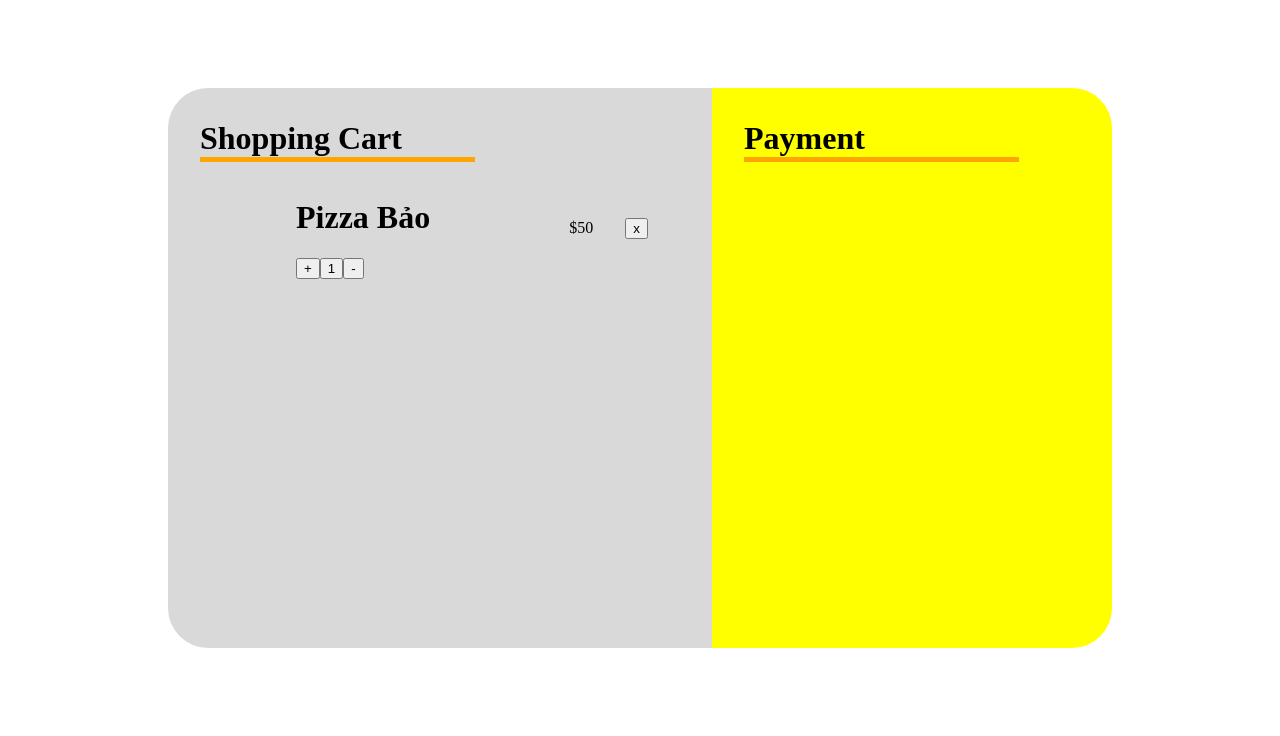
Repository: NDBaoFE/pizza-ordering-hiep
Page: /checkout
The author's editor kept a copy of each file at every save. The page is drawn from the files as they stood at one save, then again after a run of saves.
The browser window is 1280 px wide. The pictures show the whole page.
The project was rebuilt for these pictures with package versions that can differ from the ones it lists, and the page was loaded fresh each time.

Above is the page before, as saved 2022-08-27 22:09:20.

After the next 2 saves:
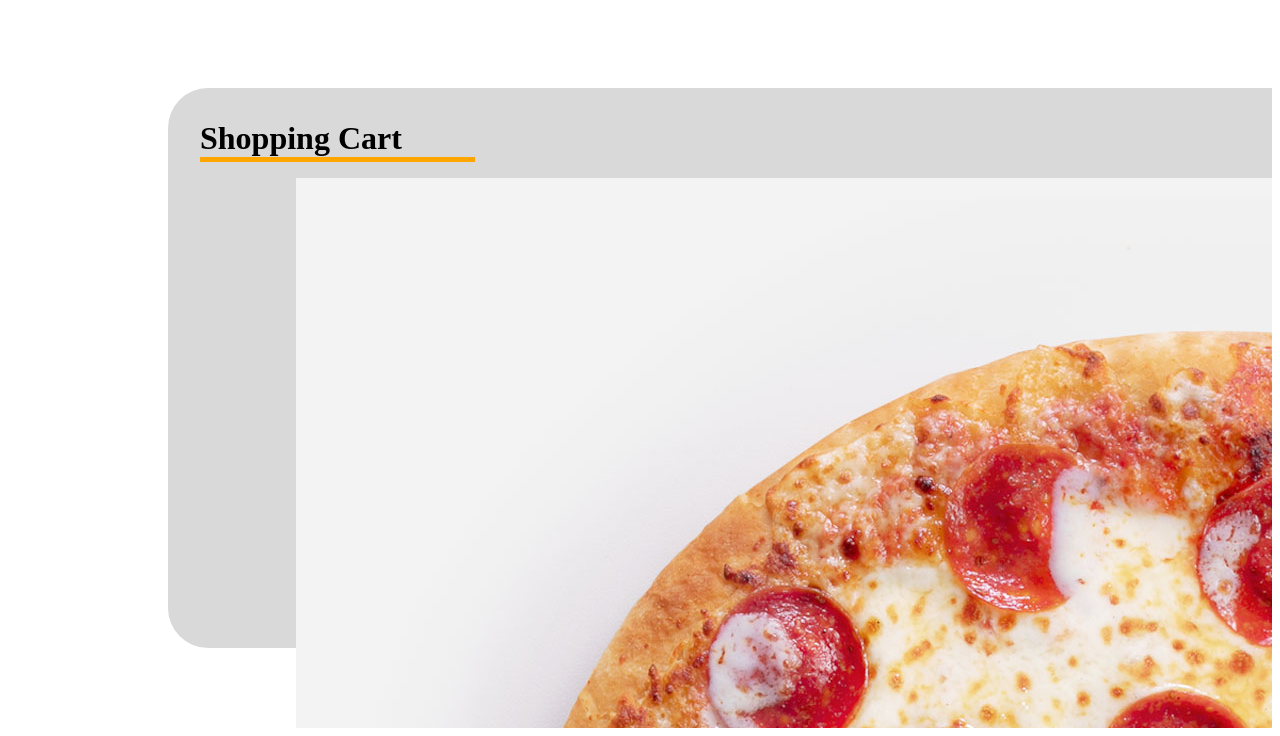
The 2 saves are shown as one change because 1 did not build or start.
The last was saved 2 min 49 s later.
--- a/src/pages/Checkout/index.jsx
+++ b/src/pages/Checkout/index.jsx
@@ -1,5 +1,6 @@
 import React from 'react'
 import * as Styled from './Checkout.styled'
+import pizza from '../../assets/pizza.jpg'
 
 const Checkout = (props) => {
   return (
@@ -8,7 +9,7 @@ const Checkout = (props) => {
         <Styled.Header>Shopping Cart</Styled.Header>
         <Styled.List>
           <Styled.Item>
-            <Styled.Image />
+            <Styled.Image src={pizza} />
             <Styled.Info>
               <Styled.PizzaName>Pizza Bảo</Styled.PizzaName>
               <div>

After the save that followed:
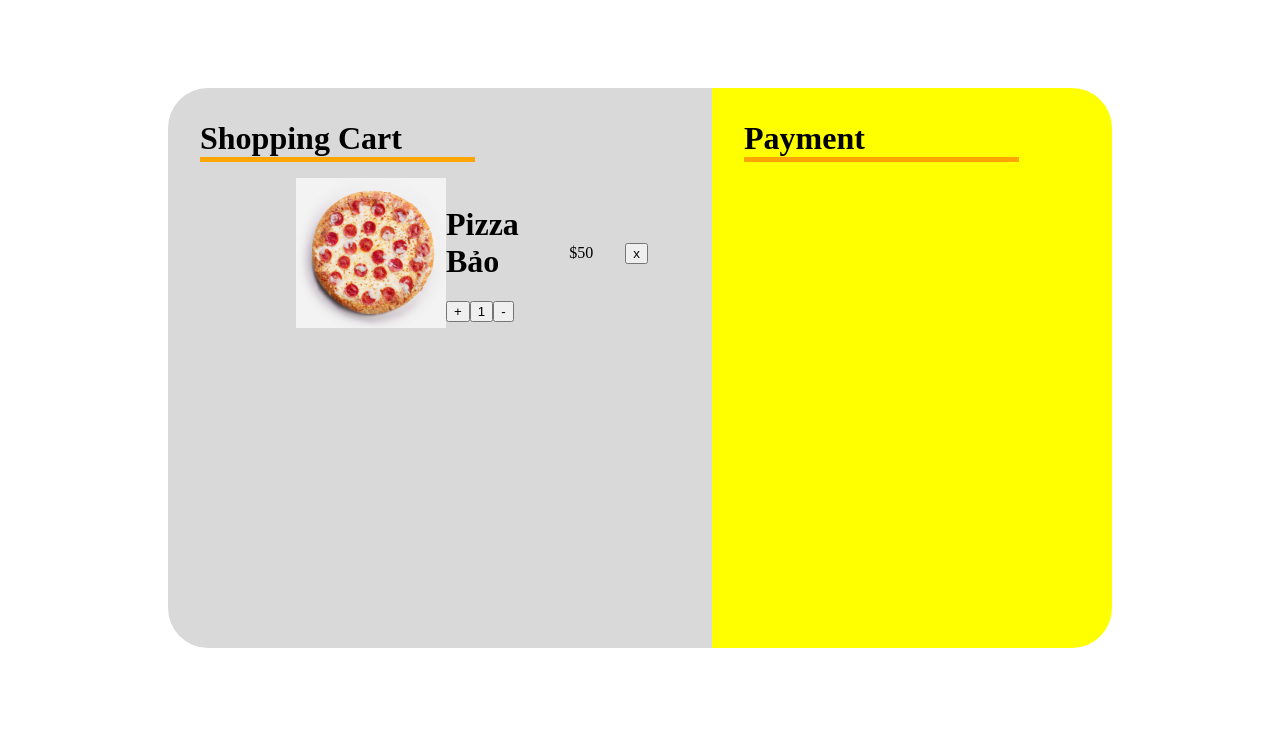
Saved 12 s later.
--- a/src/pages/Checkout/Checkout.styled.js
+++ b/src/pages/Checkout/Checkout.styled.js
@@ -48,7 +48,9 @@ export const Item = styled.ul`
   margin: 1rem;
 `
 
-export const Image = styled.img``
+export const Image = styled.img`
+  width: 150px;
+`
 export const Info = styled.div`
   flex: 1;
 `
